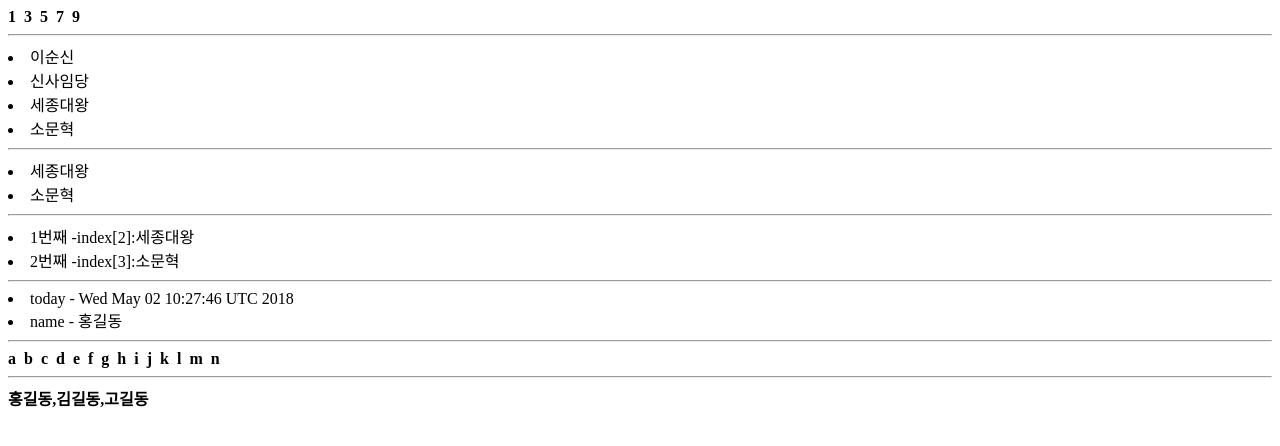
Repository: rumor1993/KH1
Page: http://localhost/JspProject/ch12/Expression_Language3/JSTL_core6.jsp
These files come from the project's save history. The page is drawn as it stood at one moment and after the next save; the edit follows.
The browser window is 1280 px wide. The pictures show the whole page.
The page is served by Tomcat 9.

Above is the page before, as saved 2018-05-03 07:25:00.

After the next save:
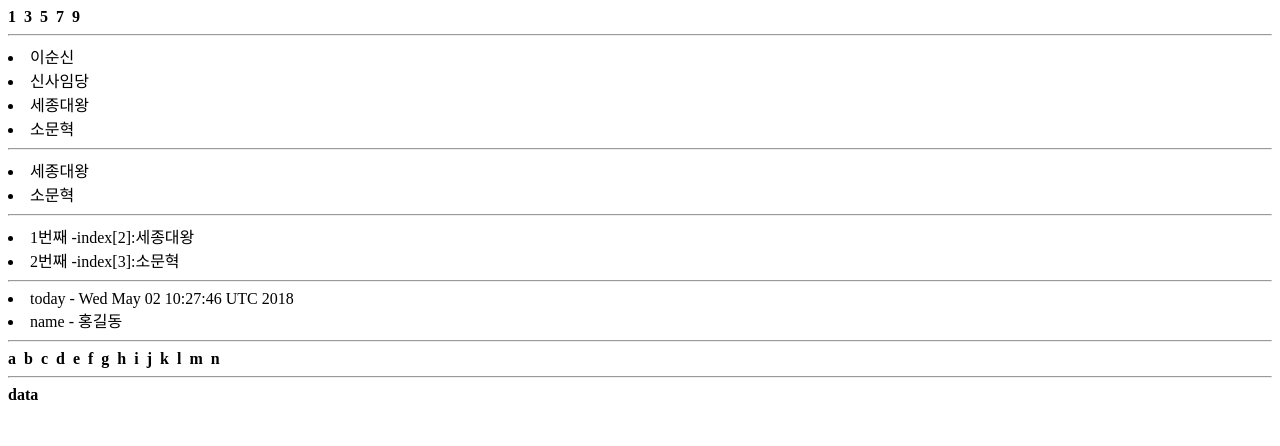
Saved 3 s later.
--- a/JspProject/WebContent/ch12/Expression_Language3/JSTL_core6.jsp
+++ b/JspProject/WebContent/ch12/Expression_Language3/JSTL_core6.jsp
@@ -102,7 +102,7 @@
 	 <!-- 변수 data에 값을 설정합니다. -->
 	 <c:set var="data" value="홍길동,김길동,고길동"/>
 	 <c:forTokens var="names" items="data" delims=",">
-	 <b>${data }</b>
+	 <b>${names }</b>
 	 </c:forTokens>
 </body>
 </html>

After the 2 saves that followed:
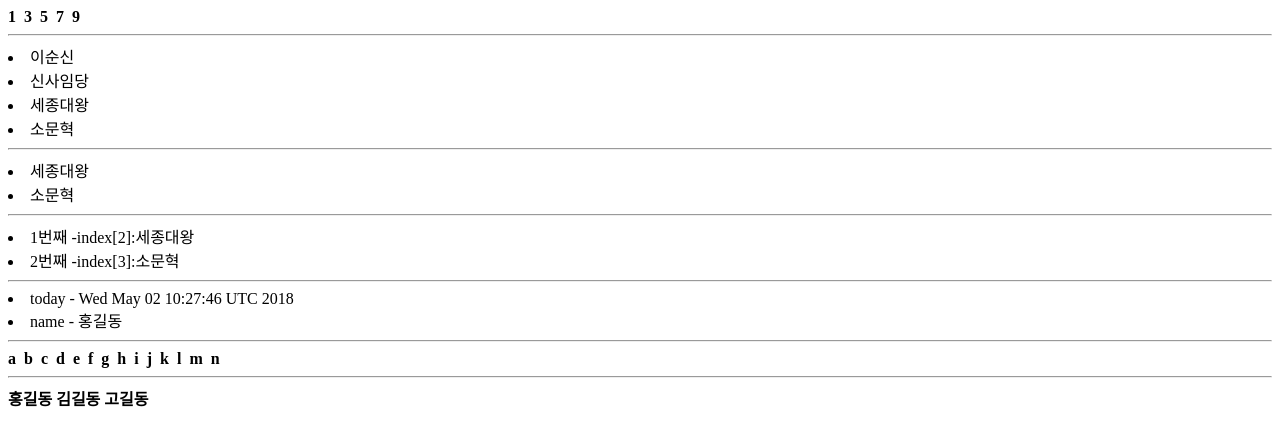
The 2 saves are shown as one change because 1 did not build or start.
The last was saved 50 s later.
--- a/JspProject/WebContent/ch12/Expression_Language3/JSTL_core6.jsp
+++ b/JspProject/WebContent/ch12/Expression_Language3/JSTL_core6.jsp
@@ -101,7 +101,7 @@
 
 	 <!-- 변수 data에 값을 설정합니다. -->
 	 <c:set var="data" value="홍길동,김길동,고길동"/>
-	 <c:forTokens var="names" items="data" delims=",">
+	 <c:forTokens var="names" items="${ data}" delims=",">
 	 <b>${names }</b>
 	 </c:forTokens>
 </body>
